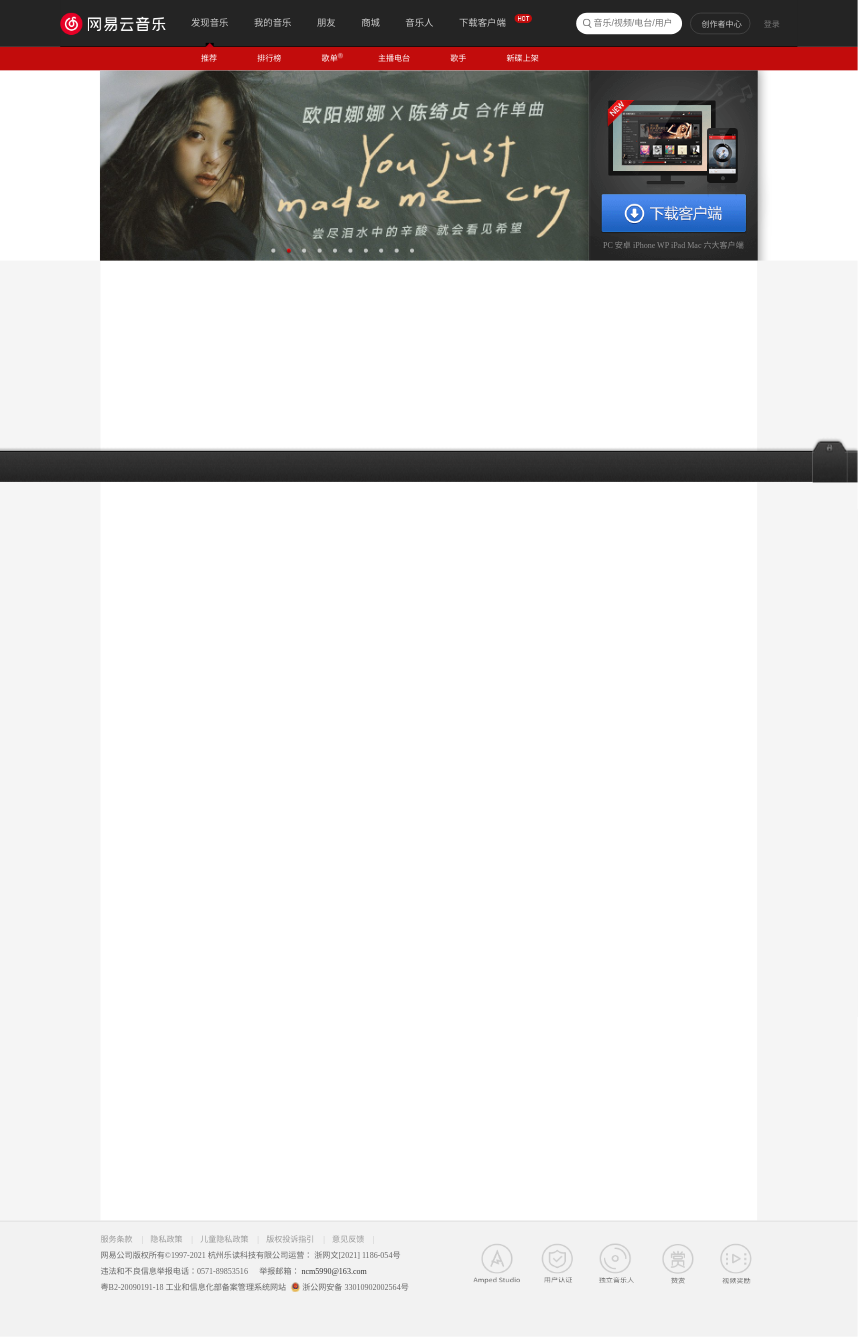
Repository: changfeng5/cat
Page: cat/index.html
These files come from the project's save history. The page is drawn as it stood at one moment and after the next save; the edit follows.
The browser window is 1280 px wide. The pictures show the whole page, at 67% of full size.

Above is the page before, as saved 2021-05-01 01:02:54.

### cat/index.html
<!DOCTYPE html>
<html lang="en">

<head>
  <meta charset="UTF-8" />
  <meta http-equiv="X-UA-Compatible" content="IE=edge" />
  <meta name="viewport" content="width=device-width, initial-scale=1.0" />
  <title>网易云音乐</title>
  <link rel="shortcut icon" href="favicon.ico" />
  <link rel="stylesheet" href="css/style.css" />
  <script src="js/animate.js"></script>
  <script src="js/index.js"></script>
</head>

<body>
  <!-- 头部导航栏 -->
  <div class="header-wrapper">
    <!-- 导航栏 -->
    <div class="nav-wrapper">
      <div class="nav">
        <div class="logo">
          <a href="#"></a>
        </div>
        <ul>
          <li>
            <a href="#">
              <p>发现音乐</p>
              <sub></sub>
            </a>
          </li>
          <li>
            <a href="#">
              <p>我的音乐</p>
            </a>
          </li>
          <li>
            <a href="#">
              <p>朋友</p>
            </a>
          </li>
          <li>
            <a href="#">
              <p>商城</p>
            </a>
          </li>
          <li>
            <a href="#">
              <p>音乐人</p>
            </a>
          </li>
          <li class="lst">
            <a href="#">
              <p>下载客户端</p>
              <span></span>
            </a>
          </li>
        </ul>
        <div class="login">
          <a href="#">登录</a>
          <div class="inner">
            <div class="arr"></div>
          </div>
        </div>
        <div class="creator-center">
          <a href="#">创作者中心</a>
        </div>
        <div class="srch">
          <span></span>
          <input type="text" placeholder="音乐/视频/电台/用户">
        </div>
      </div>
    </div>
    <!-- 子导航栏 -->
    <div class="subnav-wrapper">
      <div class="subnav">
        <ul>
          <li>
            <a href="#">
              <p>推荐</p>
            </a>
          </li>
          <li>
            <a href="#">
              <p>排行榜</p>
            </a>
          </li>
          <li>
            <a href="#">
              <p>歌单<span></span></p>
            </a>
          </li>
          <li>
            <a href="#">
              <p>主播电台</p>
            </a>
          </li>
          <li>
            <a href="#">
              <p>歌手</p>
            </a>
          </li>
          <li>
            <a href="#">
              <p>新碟上架</p>
            </a>
          </li>
        </ul>
      </div>
    </div>
  </div>
  <!-- 推荐-轮播图 -->
  <div class="banner_wrpper">
    <div class="banner">
      <div class="banl">
        <!-- 左按钮 -->
        <a href="javascript:;" class="arrowl"></a>
        <!-- 右按钮 -->
        <a href="javascript:;" class="arrowr"></a>
        <div class="hid">
          <ul>
            <li><a href="#"><img src="images/l1.jpg" alt=""></a></li>
            <li><a href="#"><img src="images/l2.jpg" alt=""></a></li>
            <li><a href="#"><img src="images/l3.jpg" alt=""></a></li>
            <li><a href="#"><img src="images/l4.jpg" alt=""></a></li>
            <li><a href="#"><img src="images/l5.jpg" alt=""></a></li>
            <li><a href="#"><img src="images/l6.jpg" alt=""></a></li>
            <li><a href="#"><img src="images/l7.jpg" alt=""></a></li>
            <li><a href="#"><img src="images/l8.jpg" alt=""></a></li>
            <li><a href="#"><img src="images/l9.jpg" alt=""></a></li>
            <li><a href="#"><img src="images/l10.jpg" alt=""></a></li>
          </ul>
        </div>
        <!-- 小圆点 -->
        <ol>
          <li></li>
          <li></li>
          <li></li>
          <li></li>
          <li></li>
          <li></li>
          <li></li>
          <li></li>
          <li></li>
          <li></li>
        </ol>
      </div>
      <div class="banr">
        <a href="#"></a>
        <p>PC 安卓 iPhone WP iPad Mac 六大客户端</p>
        <span class="shadow_l"></span>
        <span class="shadow_r"></span>
      </div>
    </div>
  </div>

  <!-- 推荐-内容 -->
  <div class="main-wrapper">
    <div class="main">

    </div>
  </div>

  <!-- 底部 -->
  <div class="ft-wrapper">
    <div class="ft">
      <div class="copy">
        <p class="link">
          <a href="#" class="fc1">服务条款</a>
          <span class="line">|</span>
          <a href="#" class="fc1">隐私政策</a>
          <span class="line">|</span>
          <a href="#" class="fc1">儿童隐私政策</a>
          <span class="line">|</span>
          <a href="#" class="fc1">版权投诉指引</a>
          <span class="line">|</span>
          <a href="#" class="fc1">意见反馈</a>
          <span class="line">|</span>
        </p>
        <p class="fc2">
          <span>网易公司版权所有©1997-2021</span>
          <span>杭州乐读科技有限公司运营：</span>
          <a href="#">浙网文[2021] 1186-054号</a>
        </p>
        <p class="fc2">
          <span class="fc2-1">违法和不良信息举报电话：0571-89853516</span>
          <span>举报邮箱：</span>
          <a href="#" class="email">ncm5990@163.com</a>
        </p>
        <p class="fc2">
          <a href="#">粤B2-20090191-18 工业和信息化部备案管理系统网站</a>
          <a href="#">
            <span class="police-logo"></span>
            <span>浙公网安备 33010902002564号</span>
          </a>
        </p>
      </div>
      <ul>
        <li>
          <a href="#" class="ft-logo1"></a>
          <span class="ft-tt1"></span>
        </li>
        <li>
          <a href="#" class="ft-logo2"></a>
          <span class="ft-tt2"></span>
        </li>
        <li>
          <a href="#" class="ft-logo3"></a>
          <span class="ft-tt3"></span>
        </li>
        <li>
          <a href="#" class="ft-logo4"></a>
          <span class="ft-tt4"></span>
        </li>
        <li>
          <a href="#" class="ft-logo5"></a>
          <span class="ft-tt5"></span>
        </li>
      </ul>
    </div>
  </div>

  <!-- 回到顶部 -->
  <a href="#" class="back" title="回到顶部"></a>

  <!-- 底部播放条 -->
  <div class="player_w">
    <div class="player">
      <div class="updn">
        <div class="p_r_l">
          <a href="javascript:;"></a>
        </div>
        <div class="p_r_r"></div>
      </div>
      <div class="bg"></div>
      <div class="hand" title="展开播放条"></div>
      <div class="player_m">

      </div>
    </div>
  </div>
</body>

</html>

### cat/css/style.css
* {
  margin: 0;
  padding: 0;
}

li {
  list-style: none;
}

a {
  text-decoration: none;
}

body {
  font-size: 12px;
  color: #333;
}

html {
  min-width: 1100px;
}

/* 主导航栏 */

.nav-wrapper {
  height: 70px;
  background: #242424;
}

.nav {
  margin: 0 auto;
  width: 1100px;
  height: 70px;
  box-sizing: border-box;
  background: #242424;
  border-bottom: 1px solid #000;
}

/* 网易云logo */
.nav .logo {
  float: left;
  width: 176px;
  height: 69px;
  background: url(../images/1.png) no-repeat;
  background-position: 0 0;
}

.nav .logo a {
  float: left;
  width: 157px;
  height: 100%;
  padding-right: 20px;
}

.nav ul li {
  float: left;
}

.nav ul li a {
  float: left;
  height: 100%;
  padding: 0 19px;
}

.nav ul li a:hover {
  background: #000;
  color: #fff;
}

.nav ul li a p {
  display: inline-block;
  height: 100%;
  line-height: 69px;
  font-size: 14px;
  color: #ccc;
}

.nav ul li sub {
  position: absolute;
  left: 50%;
  top: 64px;
  width: 12px;
  height: 7px;
  margin-left: -6px;
  overflow: hidden;
  background: url(../images/1.png) no-repeat;
  background-position: -226px 0;
}

.nav ul li {
  position: relative;
}

.nav ul .lst span {
  position: absolute;
  top: 21px;
  left: 100px;
  width: 28px;
  height: 19px;
  background: url(../images/1.png) no-repeat;
  background-position: -190px 0;
}

.nav .login {
  position: relative;
}

.nav .login a {
  float: right;
  width: 28px;
  height: 16px;
  margin: 27px 22px 0 20px;
  color: #787878;
}

.nav .login a:hover {
  color: #666;
  text-decoration: underline;
}

.nav .login .inner {
  display: none;
  position: absolute;
  top: 58px;
  right: -43px;
  width: 158px;
  background: #202020;
  border: 1px solid #202020;
}

.nav .login .inner .arr {
  position: absolute;
  top: -8px;
  left: 50%;
  width: 14px;
  height: 8px;
  margin-left: -7px;
  background: url(../images/2.png) no-repeat;
  background-position: -20px 0;
}

.nav .login:hover .inner {
  display: block;
}

.nav .creator-center a {
  float: right;
  width: 90px;
  height: 32px;
  margin: 19px 0 0 12px;
  box-sizing: border-box;
  padding-left: 16px;
  border: 1px solid #4f4f4f;
  border-radius: 20px;
  color: #ccc;
  line-height: 32px;
}

.nav .creator-center a:hover {
  border-color: #fff;
  color: #fff;
}

.nav .srch {
  float: right;
  width: 158px;
  height: 32px;
  margin-top: 19px;
  background: #fff;
  border-radius: 32px;
}

.nav .srch span {
  float: left;
  width: 26px;
  height: 32px;
  background: url(../images/1.png) no-repeat;
  background-position: 0 -99px;
}

.nav .srch input {
  float: left;
  margin-top: 8px;
  width: 126px;
  height: 16px;
  background: transparent;
  line-height: 16px;
  outline: none;
  border: 0;
}

/* 子导航栏 */
.subnav-wrapper {
  height: 35px;
  background: #c20c0c;
}

.subnav {
  margin: 0 auto;
  width: 1100px;
  height: 35px;
}

.subnav ul {
  padding-left: 180px;
}

.subnav ul li a {
  float: left;
  height: 34px;
}

.subnav ul li a p {
  position: relative;
  height: 20px;
  padding: 0 13px;
  margin: 7px 17px 0;
  border-radius: 20px;
  line-height: 20px;
  color: #fff;
}

.subnav ul li a:hover p {
  background: #9b0909;
}

.subnav ul li a span {
  position: absolute;
  top: 2px;
  width: 8px;
  height: 8px;
  background: url(../images/R.png) no-repeat;
  background-size: cover;
}

/* 推荐-轮播图 */
.banner_wrpper {
  width: 100%;
  background-size: cover;
}

.banner {
  position: relative;
  width: 982px;
  height: 284px;
  margin: 0 auto;
}

.banl {
  width: 730px;
  height: 100%;
}

.banl .hid {
  position: relative;
  overflow: hidden;
  width: 730px;
  height: 285px;
}

.banl ul {
  position: absolute;
  width: 1200%;
}

.banl ul li {
  float: left;
}

.banl img {
  width: 730px;
}

.banl > a {
  position: absolute;
  top: 50%;
  margin-top: -31px;
  width: 37px;
  height: 63px;
  background: url(../images/banner.png) no-repeat;
  z-index: 9;
}

.banl .arrowl {
  left: -68px;
  background-position: 0 -360px;
}

.banl .arrowl:hover {
  background-position: 0 -430px;
}

.banl .arrowr {
  right: -68px;
  background-position: 0 -508px;
}

.banl .arrowr:hover {
  background-position: 0 -578px;
}

.banl ol {
  position: absolute;
  top: 259px;
  left: 249px;
}

.banl ol li {
  display: inline-block;
  width: 20px;
  height: 20px;
  text-align: center;
  border-radius: 50%;
  cursor: pointer;
  background: url(../images/banner.png);
  background-position: 3px -343px;
}

.banl ol .current {
  background-position: -16px -343px;
}

.banr {
  position: absolute;
  top: 0;
  right: 0;
  width: 252px;
  height: 284px;
  background: url(../images/d.png);
}

.banr > a {
  display: block;
  width: 214px;
  height: 56px;
  margin: 185px 0 0 19px;
}

.banr > a:hover {
  background: url(../images/d.png);
  background-position: 0 -289px;
}

.banr > p {
  margin: 10px auto;
  text-align: center;
  color: #8d8d8d;
}

.banr > span {
  position: absolute;
  top: 0;
  width: 20px;
  height: 284px;
  background: url(../images/banner.png);
}

.banr .shadow_l {
  left: -20px;
  background-position: -1px 0;
}

.banr .shadow_r {
  right: -20px;
  background-position: -20px 0;
}

/* 推荐-内容 */
.main-wrapper {
  background: #f5f5f5;
}

.main {
  width: 980px;
  height: 1433px;
  margin: 0 auto;
  background: #fff;
}

/* 底部 */
.ft-wrapper {
  width: 100%;
  height: 172px;
  border-top: 1px solid #d3d3d3;
  background: #f2f2f2;
}

.ft {
  width: 980px;
  height: 100%;
  margin: 0 auto;
}

.ft .copy {
  float: left;
  width: 520px;
  padding-top: 15px;
  line-height: 24px;
}

.ft .copy .fc1 {
  color: #999;
}

.ft .copy .line {
  margin: 0 8px 0 10px;
  color: #c2c2c2;
}

.ft .copy .fc2 {
  color: #666;
}

.ft .copy .fc2 a {
  color: #666;
}

.ft .copy .fc2-1 {
  margin-right: 14px;
}

.ft .copy .fc2 .email {
  color: #333;
}

.ft .copy .fc2 .police-logo {
  display: inline-block;
  width: 14px;
  height: 14px;
  margin-left: 4px;
  vertical-align: -2px;
  background: url(../images/police.png) no-repeat;
  background-size: cover;
}

.ft .copy a:hover {
  text-decoration: underline;
}

.ft ul {
  float: right;
  width: 420px;
  margin-top: 33px;
}

.ft ul li {
  float: left;
  width: 60px;
  height: 70px;
  margin-left: 30px;
  color: #666;
}

.ft ul li:first-child {
  margin-left: 0;
}

.ft ul li a {
  display: block;
  width: 50px;
  height: 45px;
  margin: 0 auto;
  background: url(../images/footer-enter.png) no-repeat;
  background-size: 110px 552px;
}

.ft ul li .ft-logo1 {
  background-position: -60px -456.5px;
}

.ft ul li .ft-logo2 {
  background-position: -60px -101px;
}

.ft ul li .ft-logo3 {
  background-position: 0 0;
}

.ft ul li .ft-logo4 {
  background-position: -60px -50px;
}

.ft ul li .ft-logo5 {
  background-position: 0 -101px;
}

.ft ul li span {
  float: right;
  margin-top: 5px;
  width: 52px;
  height: 14px;
  background: url(../images/foot-enter-tt.png) no-repeat;
  background-size: 180px 139px;
}

.ft ul li .ft-tt1 {
  margin-right: -8px;
  width: 72px;
  background-position: 0 -108px;
}

.ft ul li .ft-tt2 {
  background-position: -1px -91px;
}

.ft ul li .ft-tt3 {
  margin-right: 4px;
  background-position: 0 0;
}

.ft ul li .ft-tt4 {
  margin-right: 2px;
  background-position: 0 -54px;
}

.ft ul li .ft-tt5 {
  margin-right: 4px;
  background-position: -1px -72px;
}

/* 回到顶部 */
.back {
  display: none;
  position: fixed;
  left: 50%;
  margin-left: 500px;
  bottom: 160px;
  width: 49px;
  height: 44px;
  background: url(../images/sprite1.png) no-repeat;
  background-position: -265px -47px;
}

/* 底部播放条 */
.player_w {
  position: fixed;
  bottom: 0;
  width: 100%;
}

.player {
  position: absolute;
  zoom: 1;
  top: -53px;
  left: 0;
  width: 100%;
  height: 53px;
  margin: 0 auto;
}

.player .bg {
  height: 53px;
  margin-right: 67px;
  background: url(../images/player.png);
  background-position: 0 0;
  background-repeat: repeat-x;
}

.player .updn {
  position: relative;
}

.player .updn .p_r_l {
  position: absolute;
  top: -14px;
  right: 15px;
  width: 52px;
  height: 67px;
  background: url(../images/player.png);
  background-position: 0 -380px;
}

.player .updn .p_r_r {
  position: absolute;
  top: -1px;
  right: 0;
  width: 15px;
  height: 54px;
  background: url(../images/player.png);
  background-position: -52px -393px;
}

.player .updn .p_r_l > a {
  display: block;
  width: 18px;
  height: 18px;
  margin: 6px 0 0 17px;
  background: url(../images/player.png);
  background-position: -100px -380px;
}

.player .hand {
  position: absolute;
  top: -10px;
  width: 100%;
  height: 20px;
  cursor: pointer;
}

### cat/js/animate.js
function animate(obj, target, callback) {
    // console.log(callback);  callback = function() {}  调用的时候 callback()
    clearInterval(obj.timer);
    obj.timer = setInterval(function () {
        // 缓慢效果
        var step = (target - obj.offsetLeft) / 10;
        // 避免出现精度问题，正数取小，负数取大
        step = step > 0 ? Math.ceil(step) : Math.floor(step);
        if (obj.offsetLeft == target) {
            // 停止动画即停止定时器
            clearInterval(obj.timer);
            // 回调函数
            // 另一种方法callback && callback();
            if (callback) {
                callback();
            }
        }
        obj.style.left = obj.offsetLeft + step + 'px';
    }, 15);
}

### cat/js/index.js
window.addEventListener('load', function () {
    // 轮播图
    var banl = document.querySelector('.banl');
    var ul = banl.querySelector('ul');
    var ol = banl.querySelector('ol');
    var banlWidth = banl.offsetWidth;
    for (var i = 0; i < ol.children.length; i++) {
        ol.children[i].setAttribute('index', i);
        ol.children[i].addEventListener('click', function () {
            for (var i = 0; i < ol.children.length; i++) {
                ol.children[i].className = '';
            }
            this.className = 'current';
            // 点击小圆圈，移动图片
            var index = this.getAttribute('index');
            // 要联立num与index与circle，防止播放顺序出错
            num = index;
            circle = index;
            animate(ul, -index * banlWidth);
            var x = parseInt(index) + 1;
            var banner_wrpper = document.querySelector('.banner_wrpper');
            banner_wrpper.style.backgroundImage = 'url(images/l' + x + '-' + x + '.jpg)';
        })
    }
    // 把ul里面的第一个小li设置类名为 current 默认刷新第一张
    ol.children[0].className = 'current';
    // 克隆第一张图片(li)放到ul 最后面
    var first = ul.children[0].cloneNode(true);
    ul.appendChild(first);
    // 右侧按钮
    var arrowl = banl.querySelector('.arrowl');
    var arrowr = banl.querySelector('.arrowr');
    // num最后一点跳回第一点
    var num = 0;
    // circle 控制小圆圈的播放
    var circle = 0;
    arrowr.addEventListener('click', function () {
        // 图片临界跳到另一边
        if (num == ul.children.length - 1) {
            ul.style.left = 0;
            num = 0;
        }

        // num要放在animate前面
        num++;
        animate(ul, -num * banlWidth);
        circle++;
        // 判断跳为小圆点回第一个点(circle %= ol.children.length;这样写也行)
        circle = circle == ol.children.length ? 0 : circle;
        circleChange();
    })
    // 左侧按钮
    arrowl.addEventListener('click', function () {
        flag = false;
        // 图片临界跳到另一边
        if (num == 0) {
            num = ul.children.length - 1;
            ul.style.left = -num * banlWidth + 'px';
        }
        num--;
        // num要放在animate前面
        animate(ul, -num * banlWidth);
        circle--;
        // 判断跳为小圆点最后一个点(circle %= ol.children.length;这样写也行)
        circle = circle < 0 ? ol.children.length - 1 : circle;
        circleChange();
    })
    function circleChange() {
        // 先清除其余小圆圈的current类名
        for (var i = 0; i < ol.children.length; i++) {
            ol.children[i].className = '';
        }
        // 留下当前的小圆圈的current类名
        ol.children[circle].className = 'current';
    }

    // 自动播放轮播图
    var hid = banl.querySelector('.hid');
    var intval = null;  //定义计时器对象
    var start = function () {
        intval = setInterval(function () {
            //手动调用点击事件
            arrowr.click();
        }, 3000)
    }
    start();
    // 鼠标经过暂停
    hid.addEventListener('mouseover', function () {
        clearInterval(intval);
    })
    hid.addEventListener('mouseout', function () {
        start();
    })


    // 返回顶部
    var back = document.querySelector('.back');
    document.addEventListener('scroll', function () {
        if (window.pageYOffset > 0) {
            back.style.display = 'block';
        } else {
            back.style.display = 'none';
        }
    })
})

After the next save:
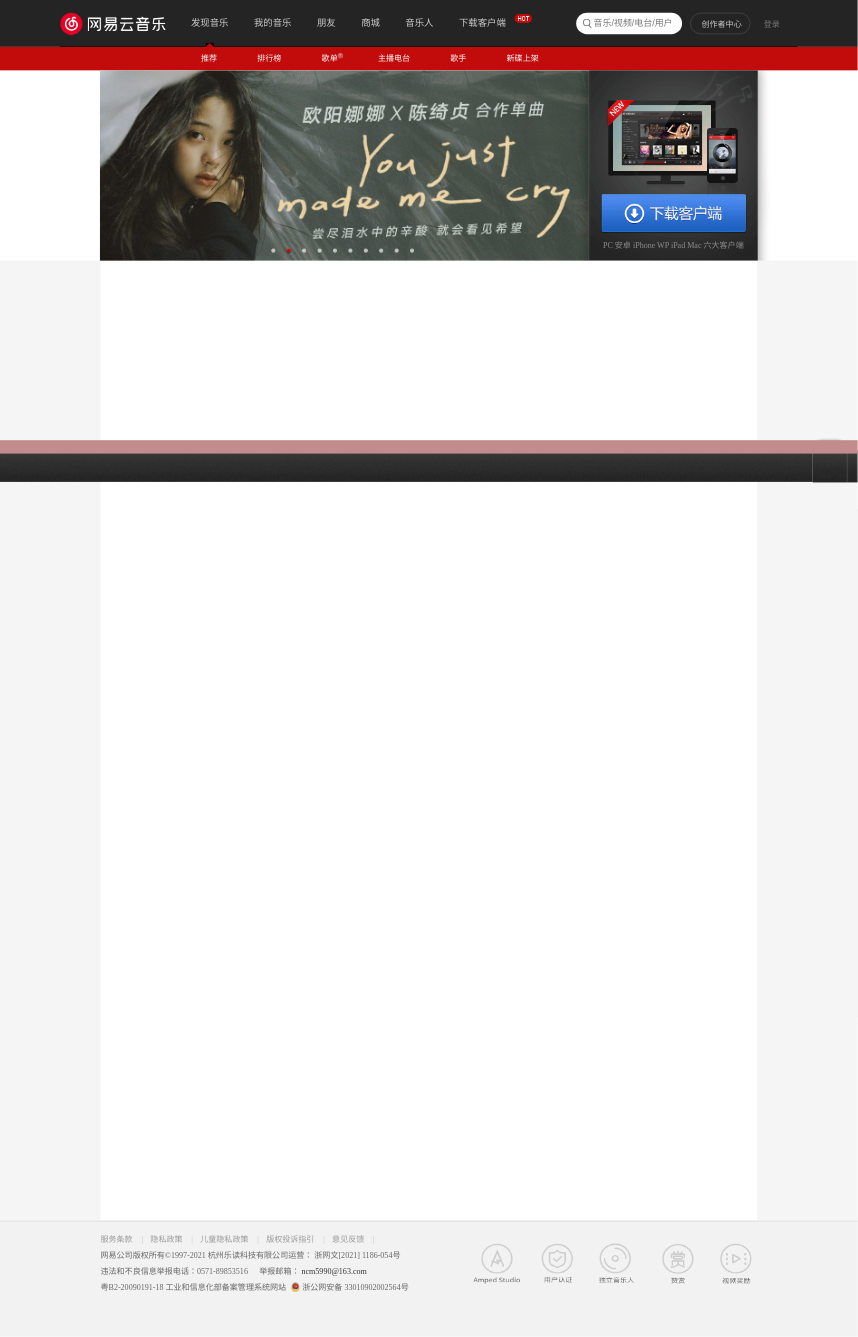
Saved 68 s later.
--- a/cat/css/style.css
+++ b/cat/css/style.css
@@ -595,4 +595,5 @@
   width: 100%;
   height: 20px;
   cursor: pointer;
-}
+  background: rgb(194, 140, 140);
+}

After the 3 saves that followed:
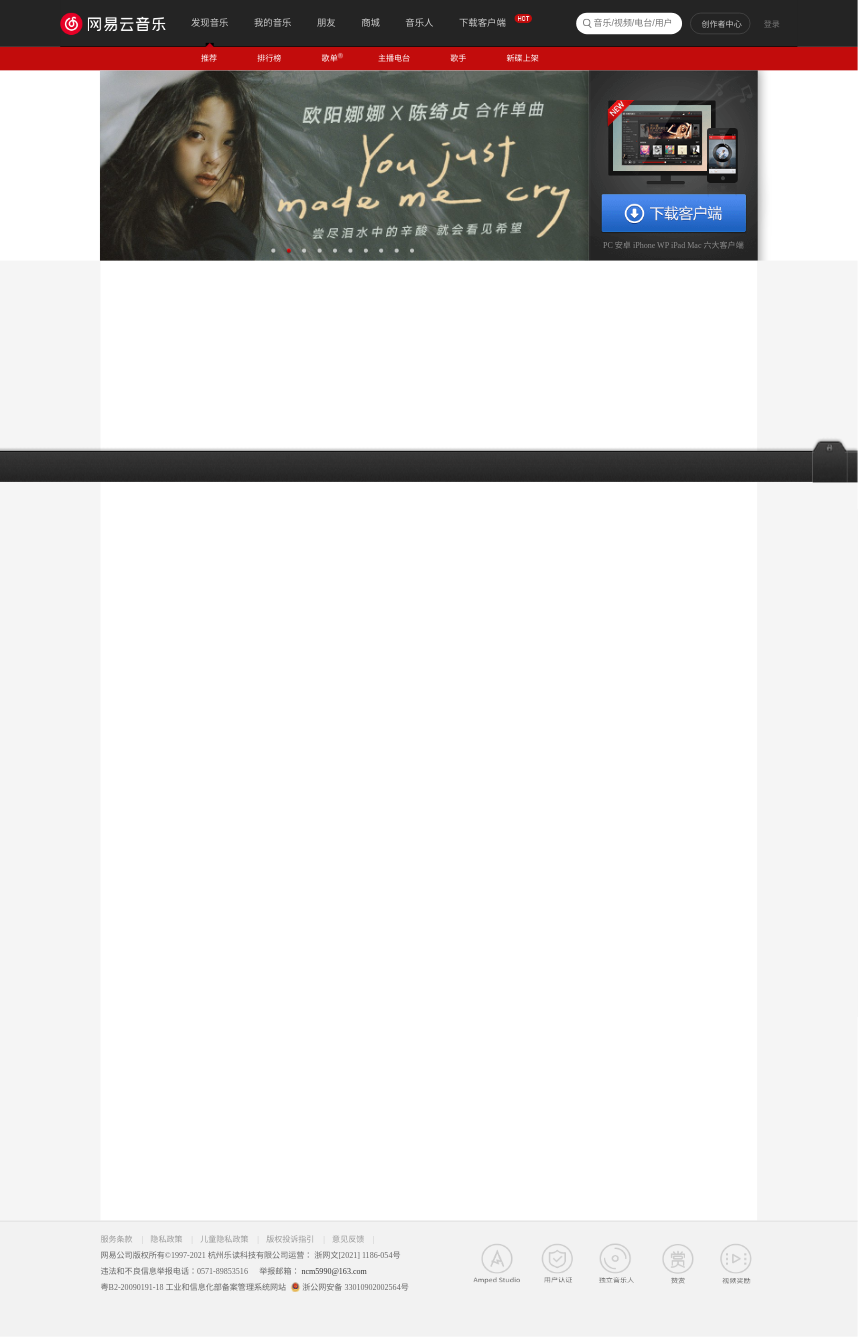
The 3 saves are shown as one change because 2 left the picture as it was.
The last was saved 14 min 24 s later.
--- a/cat/css/style.css
+++ b/cat/css/style.css
@@ -595,5 +595,4 @@
   width: 100%;
   height: 20px;
   cursor: pointer;
-  background: rgb(194, 140, 140);
-}
+}
